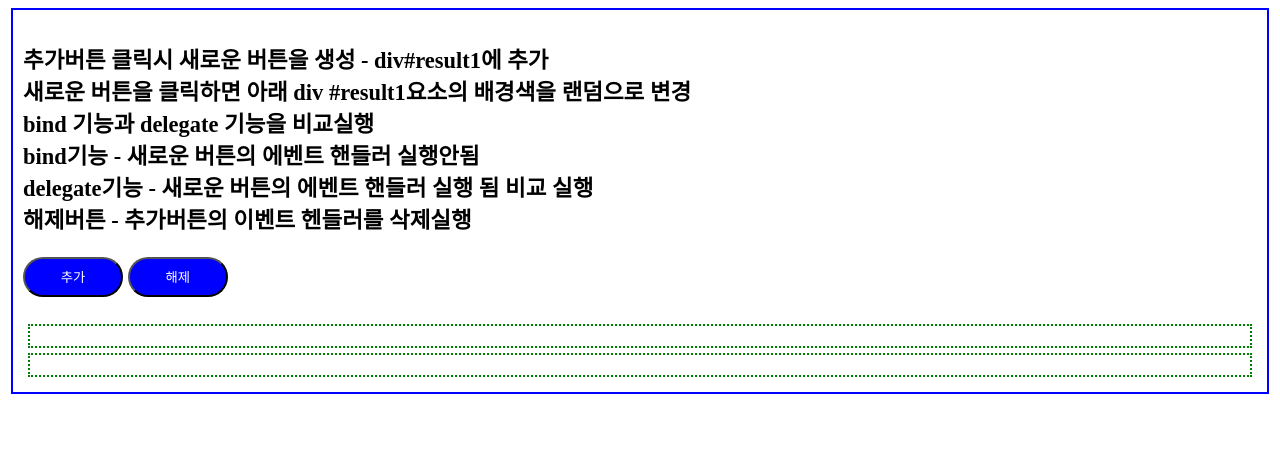
Repository: patternlobe-stack/MY_repository
Page: webpro/src/main/webapp/0617/이벤트메소드.html
An editor plug-in stored every save of this project. The page is shown before and after the next save, followed by the edit.
The browser window is 1280 px wide. The pictures show the whole page.
After loading, the first visible `#btn1` was clicked once.

Above is the page before, as saved 2025-09-17 05:13:31.

After the next save:
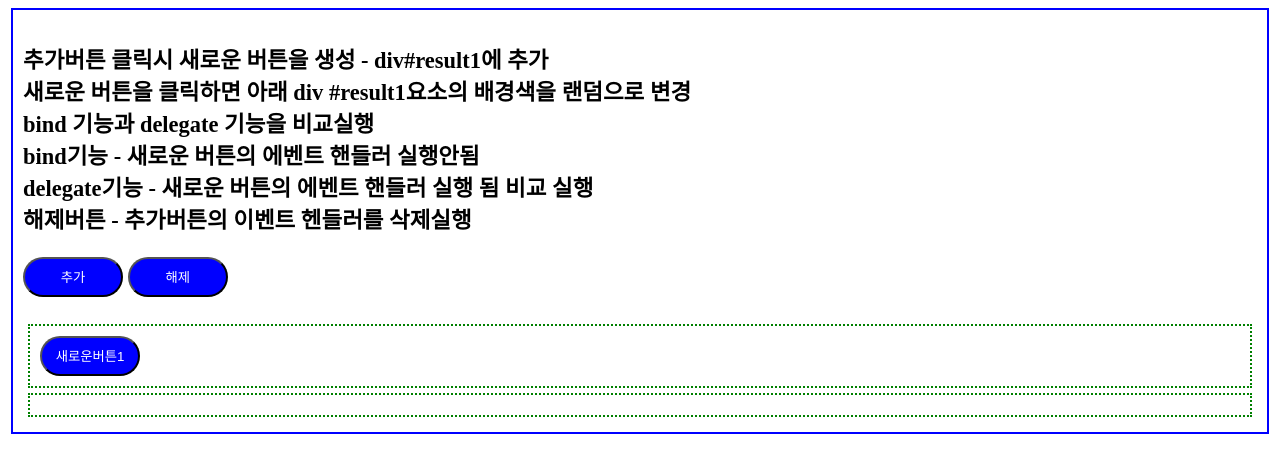
Saved 55 s later.
--- a/webpro/src/main/webapp/0617/이벤트메소드.html
+++ b/webpro/src/main/webapp/0617/이벤트메소드.html
@@ -7,29 +7,26 @@
 <script src="../js/jquery-3.7.1.js"></script>
 
 <script>
-$(()=>{
+$(() => {
+    let count = 0;
 
+    // 버튼1 클릭 시 새로운 버튼 생성
+    $('#btn1').on('click', function() {
+        count++;
 
-	let count = 0;
+        // 새로운 버튼 생성
+        let nbtn = $(`<input type="button" class="btn" value="새로운버튼${count}">`);
 
-//$(document).on('click','#btn1', function(){})
+        // 생성한 버튼을 #result1 영역에 추가
+        $(nbtn).appendTo($('#result1'));
+    });
 
-	$('#btn1').on('click', function(){
-		count ++;
+    // 해제 버튼 클릭 시 이벤트 제거
+    $(document).on('click', '#stop', function() {
+        $('#btn1').off('click');  // btn1에 걸려 있는 click 이벤트 해제
+    });
+});
 
-		nbtn =$(`<input type = "button" class="btn" value="새로운버튼${count}">`)
-
-		$(nbtn).appendTo($('#result1'));
-	})
-
-	//
-	$(document).on('click','#stop', function(){})
-		$('#btn1').off('click');
-})
-	//
-	/* $('#stop').on('click', function(){
-		$('#btn1').off('click');
-	}) */
 
 </script>
 
